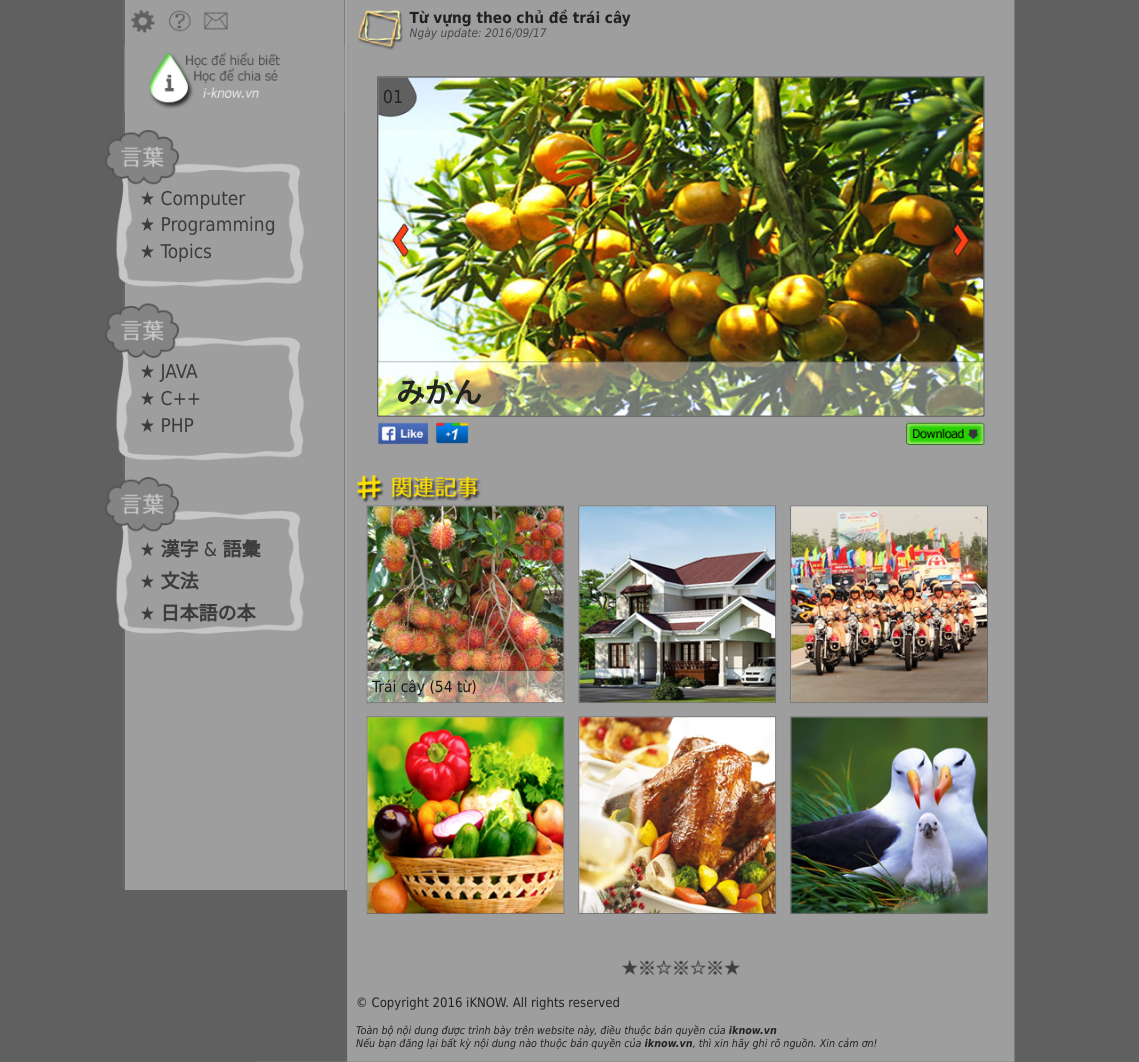
Repository: ruanonglam/_workspace
Page: Web Design/iknow.vn/WebContent/cotoba-view.html
An editor plug-in stored every save of this project. The page is shown before and after the next save, followed by the edit.
The browser window is 1280 px wide. The pictures show the whole page, at 89% of full size.

Above is the page before, as saved 2016-09-18 05:54:45.

### Web Design/iknow.vn/WebContent/cotoba-view.html
<!DOCTYPE html PUBLIC "-//W3C//DTD HTML 4.01 Transitional//EN" "http://www.w3.org/TR/html4/loose.dtd">
<html>
<head>
<meta http-equiv="Content-Type" content="text/html; charset=UTF-8">
<link rel="icon" type="image/png" href="_img/body/iknow-favorite.png" />
<link rel="stylesheet" type="text/css" href="_css/main.css">
<title>iknow - Từ vựng &bull; Trái cây</title>
<body>
<div id="main_frame">
	<div id="main_body">
		<!-- LEFT -->
		<div id="left_frame">
			<!-- .:Toolbar:. -->
			<div id="left_toolbar">
				<ul id="left_toolbar">
					<li><img alt="Setting" src="_img/body/left-setting-icon.png"></li>
					<li><img alt="About iknow.vn" src="_img/body/left-help-icon.png"></li>
					<li><img alt="Contact" src="_img/body/left-mail-icon.png"></li>
				</ul>
			</div>

			<!-- .:Logo:. -->
			<a href="#" id="logo"><img alt="iknow.vn" src="_img/body/iknow-logo.png"></a>

			<!-- .:Menu1:. -->
			<div class="left_menu">
				<ul>
					<li><a href="#">★ Computer</a></li>
					<li><a href="#">★ Programming</a></li>
					<li><a href="#">★ Topics</a></li>
				</ul>
			</div>

			<!-- .:Menu2:. -->
			<div class="left_menu">
				<ul>
					<li><a href="#">★ JAVA</a></li>
					<li><a href="#">★ C++</a></li>
					<li><a href="#">★ PHP</a></li>
				</ul>
			</div>

			<!-- .:Menu3:. -->
			<div class="left_menu">
				<ul>
					<li><a href="#">★ <b>漢字</b> & <b>語彙</b></a></li>
					<li><a href="#">★ <b>文法</b></a></li>
					<li><a href="#">★ <b>日本語の本</b></a></li>
				</ul>
			</div>

		</div>


		<!-- RIGHT -->
		<div id="right_frame">
			<!-- .:Topic:. -->
			<div id="right_topic">
				<h3>Từ vựng theo chủ đề trái cây</h3>
				<i>Ngày update: 2016/09/17</i>
			</div>

			<!-- .:Vocabulary Show:. -->
			<div id="right_vocab_show">
				<!-- .:Action:. -->
				<div id="right_vocab_action">
					<!-- Left Row -->
					<div id="right_row_left">
						<!-- .:Number:. -->
						<div id="right_vocab_number">01</div>
						<div class="right_row-action">
							<a href="#"><img alt="view-vocabulary" src="_img/body/right-vocab-row-left.png"></a>
						</div>
					</div>
					<!-- Right Row -->
					<div id="right_row_right">
						<div class="right_row-action" id="right_row-action_right">
							<a href="#"><img alt="view-vocabulary" src="_img/body/right-vocab-row-right.png"></a>
						</div>
					</div>
				</div>

				<!-- .:Show vocabulary:. -->
				<h3 id="right_vocab_text">みかん</h3>
				<div id="right_vocab_detail"></div>
			</div>

			<!-- .:Vocabulary toolbar:. -->
			<div id="right_vocab_tool">
				<ul id="left">
					<li><a href="#"><img alt="Facebook liked" src="_img/body/toolbar-facebook.png"></a></li>
					<li><a href="#"><img alt="Google+" src="_img/body/toolbar-google.png"></a></li>
				</ul>

				<ul id="right">
					<li><a href="#"><img alt="Download" src="_img/body/toolbar-download.png"></a></li>
				</ul>
			</div>

			<!-- .:Relate Vocabulary:. -->
			<div id="right_vocab_relate_title"></div>

			<!-- .:Relate Topic Show:. -->
			<!-- .:Line-1:. -->
			<div id="right_vocab_relate_line">
				<div class="right_relate_item">
					<a href="#">
						<img alt="Vocabulary" src="_img/sample/traicay/_thumb_traicay.jpg">
						<div id="_title"></div>
						<font>Trái cây (54 từ)</font>
					</a>
				</div>
				<div class="right_relate_item">
					<a href="#"><img alt="Vocabulary" src="_img/sample/nhacua/_thumb_nhacua.jpg"></a>
				</div>
				<div class="right_relate_item">
					<a href="#"><img alt="Vocabulary" src="_img/sample/giaothong/_thumb_giaothong.jpg"></a>
				</div>
			</div>

			<!-- .:Line-2:. -->
			<div id="right_vocab_relate_line">
				<div class="right_relate_item">
					<a href="#"><img alt="Vocabulary" src="_img/sample/raucu/_thumb_raucu.jpg"></a>
				</div>
				<div class="right_relate_item">
					<a href="#"><img alt="Vocabulary" src="_img/sample/monan/_thumb_monan.jpg"></a>
				</div>
				<div class="right_relate_item">
					<a href="#"><img alt="Vocabulary" src="_img/sample/chim/_thumb_chim.jpg"></a>
				</div>
			</div>

			<!-- .:Footer:. -->
			<div id="footer">
				© Copyright 2016 iKNOW. All rights reserved<br/><br/>
				<i>
					Toàn bộ nội dung được trình bày trên website này, điều thuộc bản quyền của <b>iknow.vn</b>
					<br/>Nếu bạn đăng lại bất kỳ nội dung nào thuộc bản quyền của <b>iknow.vn</b>, thì xin hãy ghi rõ nguồn. Xin cảm ơn!
				</i>
			</div>
		</div>
	</div>
</div>

</head>
<body>

</body>
</html>

### Web Design/iknow.vn/WebContent/_css/main.css
*{
	padding: 0;
	margin: 0;
}
body{
	background: #606060;
	font-family: Tahoma, "Times New Roman", Arial, "MS PMincho","MS Gothic";
	font-size: 11pt;
	color: #222222;
}
a img{
	border: none;
	text-decoration: none;
}

div#main_frame{
	margin: auto;
	width: 1200px;
	height: auto;
}

div#main_body{
	margin: auto;
	width: 1002px;
	height: auto;
	border: 1px solid #454545;
	border-bottom: none;
	border-top: none;
	background: #9E9E9E;
}

/**********************************************************/
/**********************************************************/
/**********************************************************/
/**********************************************************/
/**********************************************************/
/**********************************************************/
div#left_frame{
	float: left;
	width: 250px;
	min-height: 1000px;
	height: auto;
	border-left: 1px solid #454545;
	background: #9E9E9E url("../_img/body/left-body-bg.png") repeat-y;
}

div#left_toolbar{
	display: block;
	height: 32px;
	margin-top: 10px;
	margin-bottom: 10px;
}
ul#left_toolbar li{
	display: inline-block;
	margin-left: 5px;
}

a#logo{
	display: block;
	margin-bottom: 20px;
}


div.left_menu{
	display: block;
	position: relative;
	left: -23px;
	width: 190px;
	height: 115px;
	margin-bottom:15px;
	padding-left: 40px;
	padding-top: 65px;
	background: url("../_img/body/left-menu-group-bg.png");
}
div.left_menu ul li{
	display: block;
	color: #3C3C3C;
	font-size: 16pt;
	margin-bottom: 5px;
}
div.left_menu ul li a{
	text-decoration: none;
	color: #3C3C3C;
}
div.left_menu ul li a:HOVER{
	color: #FFFFFF;
}


/**********************************************************/
/**********************************************************/
/**********************************************************/
/**********************************************************/
/**********************************************************/
/**********************************************************/
div#right_frame{
	float: right;
	width: 730px;
	padding: 10px;
	min-height: 980px;
	border-right: 1px solid #454545;
	background: #9E9E9E;
}

div#right_topic{
	display: block;
	width: 670px;
	height: 46px;
	padding-left: 60px;
	margin-bottom: 30px;
	background: url("../_img/body/right-topic-icon.png") no-repeat;
}
div#right_topic h3{
	color: #212121;
}
div#right_topic i{
	color: #484848;
	font-size: 10pt;
}

div#right_vocab_show{
	display: block;
	width: 680px;
	height: 380px;
	margin: auto;
	border: 1px solid #454545;
	background: url("../_img/sample/traicay/1.jpg");
}
div#right_vocab_action{
	display: block;
	width: 100%;
	height: 320px;
}
div#right_vocab_detail{
	display: block;
	position: relative;
	bottom: 1px;
	width: 100%;
	height: 60px;
	opacity: 0.4;
    filter: alpha(opacity=40);
	background: #FFFFFF;
	border-top: 1px solid #454545;
}
div#right_row_left{
	float: left;
	width: 50px;
	height: 100%;
	background: url("../_img/body/right-vocab-num.png") no-repeat;
}
div.right_row-action{
	margin-top: 110px;
}
div#right_row-action_right{
	margin-top: 160px;
}
div#right_vocab_number{
	width: 45px;
	height: 40px;
	padding-top: 10px;
	padding-left: 5px;
	font-size: 15pt;
}
div#right_row_right{
	float: right;
	width: 50px;
	height: 100%;
}

h3#right_vocab_text{
	display: block;
	position: absolute;
	z-index: 1;
	width: 660px;
	height: 51px;
	font-size: 24pt;
	padding-left: 20px;
	padding-top: 7pt;
}

div#right_vocab_tool{
	clear: both;
	display: block;
	width: 684px;
	height: 45px;
	padding-top: 5px;
	margin-top: 15px;
	margin: auto;
}
div#right_vocab_tool ul#left{
	float: left;
}
div#right_vocab_tool ul#right{
	float: right;
}
div#right_vocab_tool ul li{
	display: inline-block;
}


/***/
div#right_vocab_relate_title{
	display: block;
	width: 100%;
	height: 35px;
	margin-top: 15px;
	background: url("../_img/body/right-topic-relate.png") no-repeat;
}

/***/
div#right_vocab_relate_line{
	display: block;
	width: 718px;
	height: 222px;
	padding-left: 12px;
	margin-bottom: 15px;
}

div.right_relate_item{
	float: left;
	width: 220px;
	height: 220px;
	margin-right: 16px;
	border: 1px solid #5F5F5F;
	background: #C7C7C7;
}
div.right_relate_item a{
	text-decoration: none;
}
div.right_relate_item div#_title{
	position: relative;
	width: 100%;
	height: 35px;
	margin-top: -36px;
	z-index: 1;
	opacity: 0.4;
    filter: alpha(opacity=40);
    border-top: 1px solid #454545;
    background: #FFFFFF;
}
div.right_relate_item font{
	display: block;
	position: relative;
	width: 215px;
	height: 28px;
	margin-top: -35px;
	z-index: 1000;
	font-size: 13pt;
	padding-top: 7px;
	padding-left: 5px;
	color: #181818;
}


/**********************************/
div#footer{
	display: block;
	position: static;
	width: 730px;
	height: 66px;
	margin-top: 50px;
	padding-top: 40px;
	bottom: 0;
	background:url("../_img/body/footer-bg.png") no-repeat center top;
}
div#footer i{
	font-size: 9pt;
}

After the next save:
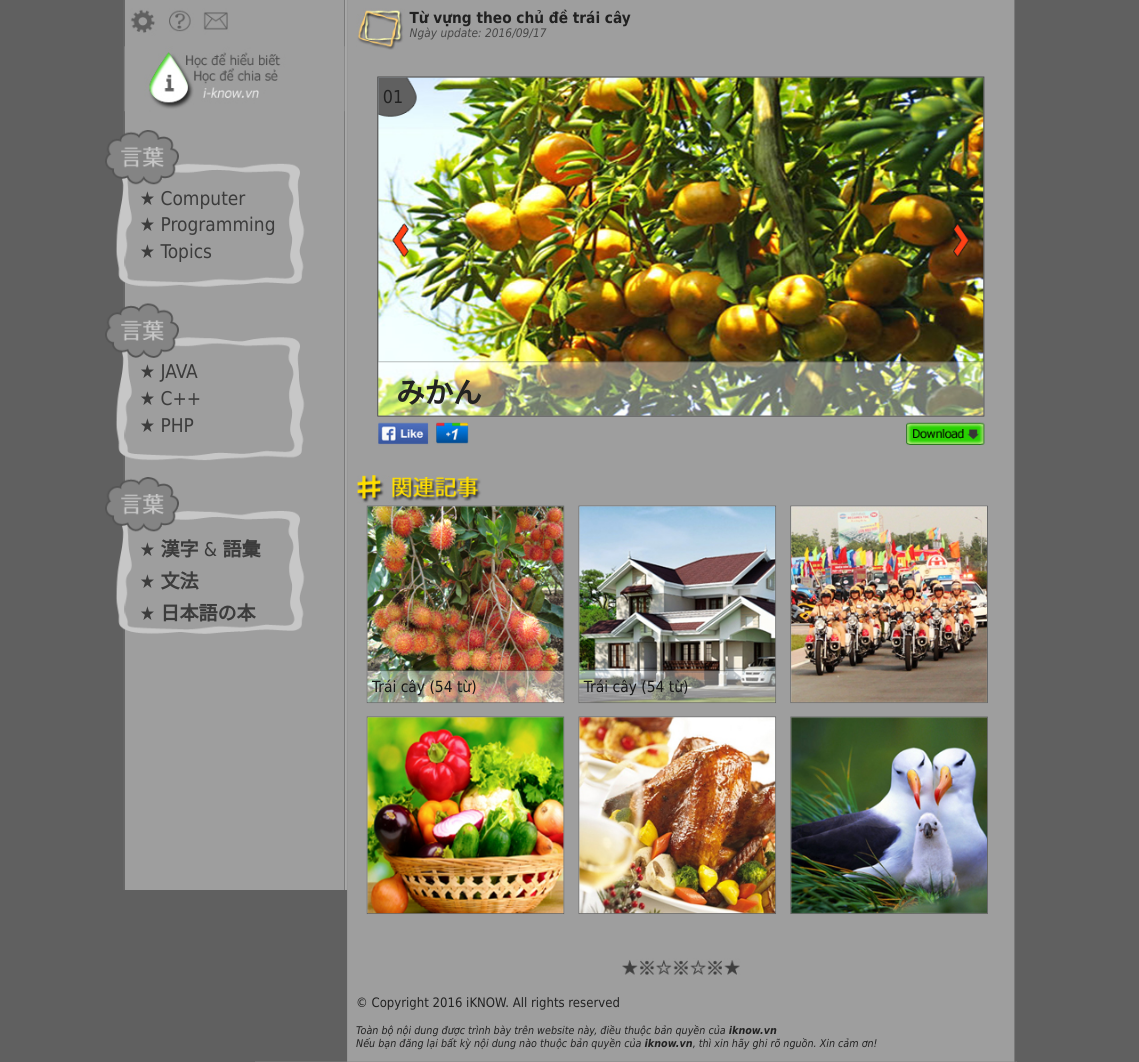
Saved 57 s later.
--- a/Web Design/iknow.vn/WebContent/cotoba-view.html
+++ b/Web Design/iknow.vn/WebContent/cotoba-view.html
@@ -112,6 +112,8 @@
 				</div>
 				<div class="right_relate_item">
 					<a href="#"><img alt="Vocabulary" src="_img/sample/nhacua/_thumb_nhacua.jpg"></a>
+					<div id="_title"></div>
+					<font>Trái cây (54 từ)</font>
 				</div>
 				<div class="right_relate_item">
 					<a href="#"><img alt="Vocabulary" src="_img/sample/giaothong/_thumb_giaothong.jpg"></a>
